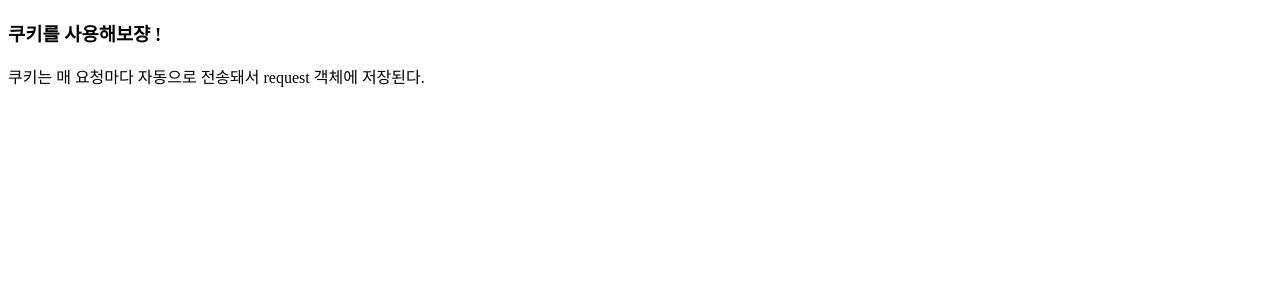
Repository: hyejux/jsp
Page: http://localhost/JSPBasic/cookie/cookie_get.jsp
The author's editor kept a copy of each file at every save. The page is drawn from the files as they stood at one save, then again after the next save.
The browser window is 1280 px wide. The pictures show the whole page.
The page is served by Tomcat 10. Other server files are loaded and not shown.

Above is the page before, as saved 2024-06-26 02:13:48.

### JSPBasic/src/main/webapp/cookie/cookie_get.jsp
<%@ page language="java" contentType="text/html; charset=UTF-8"
    pageEncoding="UTF-8"%>



    <%

    Cookie[] cookies = request.getCookies();
	// 쿠키 꺼냄 , 쿠키 배열이 null 아닐 때만

	if ( cookies != null ){
		for (Cookie c : cookies){
			out.println(c.getName()+"<br>"); // 쿠키 이름  getName
			out.println(c.getValue()+"<br>"); //  쿠키 괎
		}
	}

    %>

<!DOCTYPE html>
<html>
<head>
<meta charset="UTF-8">
<title>Insert title here</title>
</head>
<body>

<h3> 쿠키를 사용해보쟝 !</h3>
쿠키는 매 요청마다 자동으로 전송돼서 request 객체에 저장된다.

</body>
</html>

After the next save:
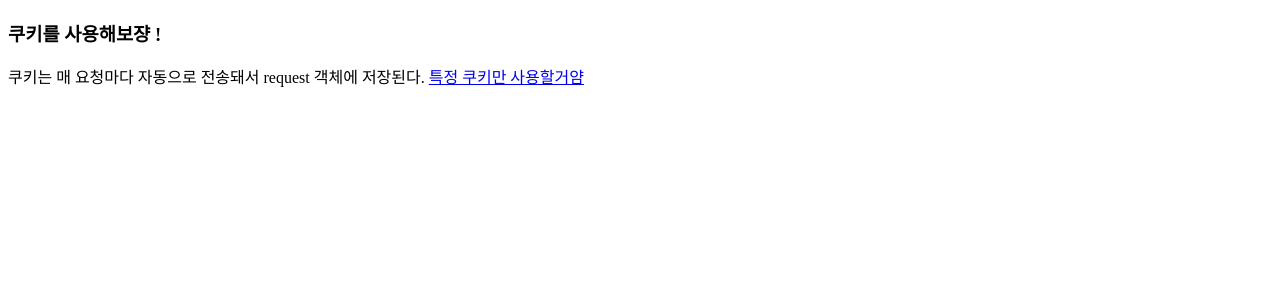
Saved 2 s later.
--- a/JSPBasic/src/main/webapp/cookie/cookie_get.jsp
+++ b/JSPBasic/src/main/webapp/cookie/cookie_get.jsp
@@ -28,5 +28,8 @@
 <h3> 쿠키를 사용해보쟝 !</h3>
 쿠키는 매 요청마다 자동으로 전송돼서 request 객체에 저장된다.
 
+<a href="cookie_get2.jsp"> 특정 쿠키만 사용할거얌 </a>
+
+
 </body>
 </html>
